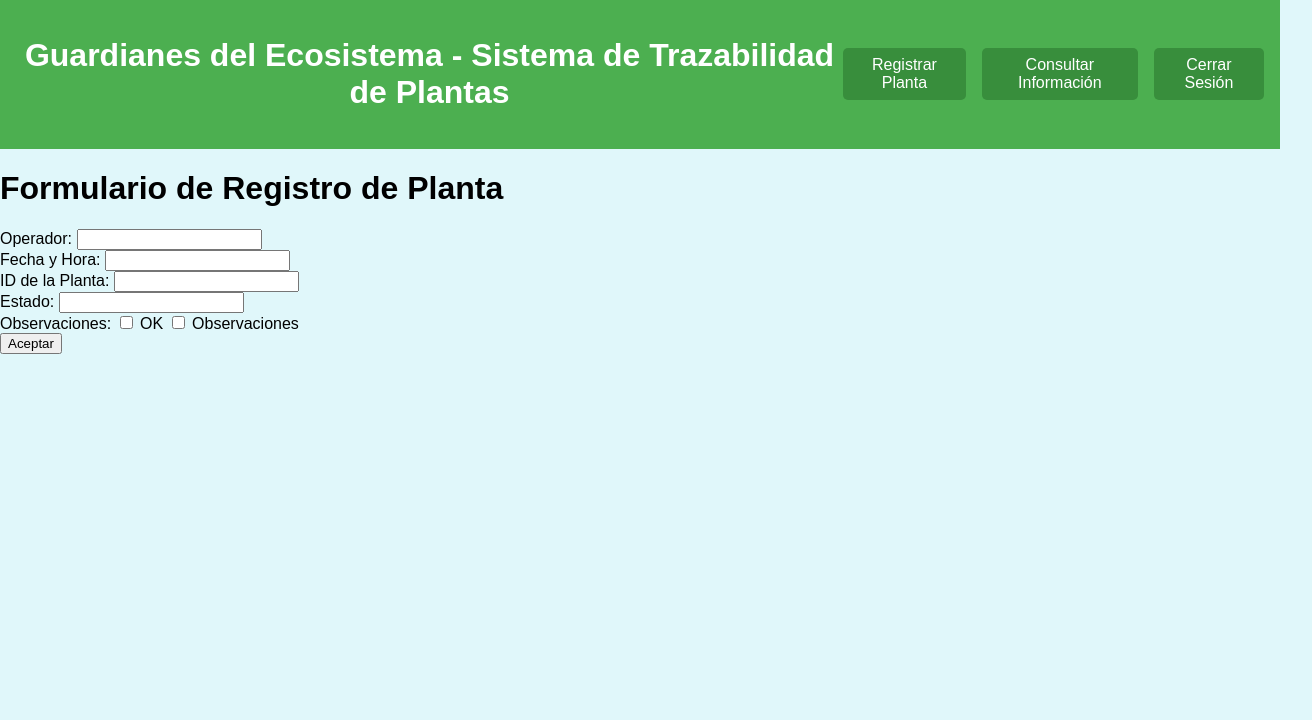
Repository: EzioPuma/guardianesdelecosistema
Page: http://localhost/registroplanta
The author's editor kept a record of every edit. The page is drawn from the files as they stood at one moment, then again after the next edit.
The browser window is 1280 px wide. The page is 1280 px wide, then 1312 px, so the pictures cover 1312 px, including what lies to the right of the window. The pictures show the whole page.
The page is served by the project's application, run on Flask 3 (app.py).

Above is the page before.

### templates/registroplanta.html
<!DOCTYPE html>
<html lang="es">
<head>
    <meta charset="UTF-8">
    <meta name="viewport" content="width=device-width, initial-scale=1.0">
    <link rel="stylesheet" href="{{ url_for('static', filename='css/stylehomesupervisor.css') }}">
    <title>Formulario de Registro de Planta</title>

</head>
<body>
    <header>
        <div class="header-container">
            <h1>Guardianes del Ecosistema - Sistema de Trazabilidad de Plantas</h1>
            <nav>
                <a href="{{ url_for('registroplanta') }}" class="header-link">Registrar Planta</a>
                <a href="{{ url_for('consultar') }}" class="header-link">Consultar Información</a>
                <a href="{{ url_for('login') }}" class="header-link">Cerrar Sesión</a>
            </nav>
        </div>
    </header>
    <h1>Formulario de Registro de Planta</h1>
    <form action="{{ url_for('formulario') }}" method="POST">
        <div>
            <label for="operador">Operador:</label>
            <input type="text" id="operador" name="operador" value="{{ session['usuario'] }}" readonly>
        </div>
        <div>
            <label for="fecha_hora">Fecha y Hora:</label>
            <input type="text" id="fecha_hora" name="fecha_hora" value="{{ now }}" readonly>
        </div>
        <div>
            <label for="id_planta">ID de la Planta:</label>
            <input type="text" id="id_planta" name="id_planta" required>
        </div>
        <div>
            <label for="estado">Estado:</label>
            <input type="text" id="estado" name="estado" required>
        </div>
        <div>
            <label for="observaciones">Observaciones:</label>
            <input type="checkbox" id="ok" name="estado" value="OK">
            <label for="ok">OK</label>
            <input type="checkbox" id="observaciones" name="observaciones" value="Observaciones">
            <label for="observaciones">Observaciones</label>
            <textarea id="observaciones_text" name="observaciones" style="display: none;"></textarea>
        </div>
        <button type="submit">Aceptar</button>
    </form>
    <script>
        document.getElementById('observaciones').addEventListener('change', function() {
            document.getElementById('observaciones_text').style.display = this.checked ? 'block' : 'none';
        });
    </script>
</body>
</html>

### app.py
from flask import Flask, render_template

app = Flask(__name__)

# Ruta para la página de inicio
@app.route('/home')
def home():
    return render_template('home.html')

# Ruta para registrar una planta
@app.route('/registroplanta', methods=['GET', 'POST'])
def registroplanta():
    return render_template('registroplanta.html')

@app.route('/formulario', methods=['POST'])
def formulario():
    # Aquí va el código para manejar los datos del formulario
    # Puedes agregar lógica para procesar el formulario y redirigir o mostrar una respuesta
    return 'Formulario recibido'  # Cambia esto según lo que desees hacer


# Ruta para consultar la información de las plantas
@app.route('/consultar')
def consultar():
    return render_template('consulta.html')

# Ruta para el registro de usuarios
@app.route('/register', methods=['GET', 'POST'])
def register():
    return render_template('register.html')

# Ruta para la página de inicio de sesión
@app.route('/login')
def login():
    return render_template('login.html')

# Ruta para la página homesupervisor
@app.route('/homesupervisor')
def homesupervisor():
    return render_template('homesupervisor.html')

if __name__ == '__main__':
    app.run(debug=True, host="0.0.0.0", port=8080)

### static/css/stylehomesupervisor.css
body {
    font-family: Arial, sans-serif;
    background-color: #e0f7fa;
    margin: 0;
    padding: 0;
    display: flex;
    flex-direction: column;
    min-height: 100vh;
}

header {
    background-color: #4CAF50;
    padding: 1rem;
    color: white;
    text-align: center;
}

.header-container {
    display: flex;
    justify-content: space-between;
    align-items: center;
}

nav {
    display: flex;
    gap: 1rem;
}

.header-link {
    color: white;
    text-decoration: none;
    padding: 0.5rem 1rem;
    background-color: #388E3C;
    border-radius: 5px;
    transition: background-color 0.3s ease;
}

.header-link:hover {
    background-color: #66BB6A;
}

main {
    flex-grow: 1;
    padding: 2rem;
    text-align: center;
}

.intro {
    margin-bottom: 2rem;
}

.features {
    display: flex;
    justify-content: center;
    gap: 2rem;
}

.feature {
    background-color: #ffffff;
    padding: 1rem;
    border-radius: 10px;
    box-shadow: 0px 0px 10px rgba(0, 0, 0, 0.1);
    width: 300px;
}

.feature h3 {
    margin-bottom: 1rem;
}

.feature p {
    margin-bottom: 1.5rem;
}

.btn {
    text-decoration: none;
    padding: 0.5rem 1rem;
    background-color: #4CAF50;
    color: white;
    border-radius: 5px;
    transition: background-color 0.3s ease;
}

.btn:hover {
    background-color: #66BB6A;
}

footer {
    background-color: #388E3C;
    color: white;
    text-align: center;
    padding: 1rem;
    position: relative;
    bottom: 0;
    width: 100%;
}

After the next edit:
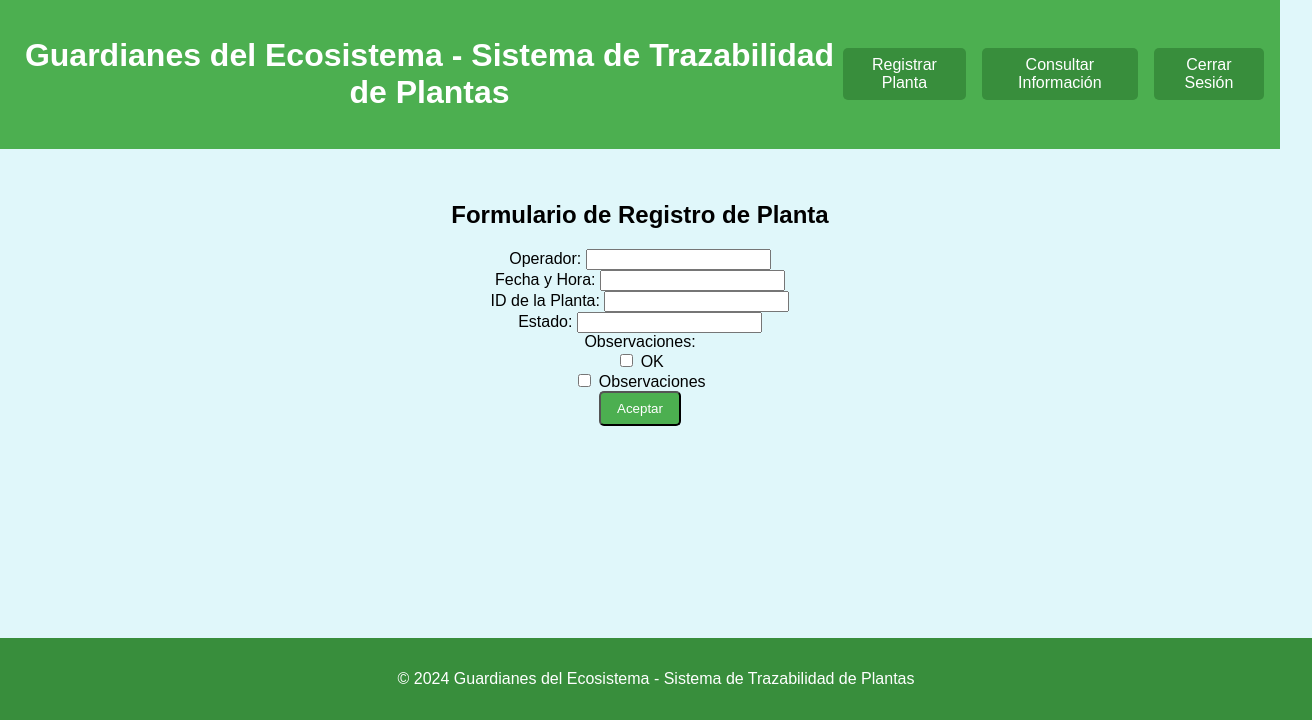
The edit:
--- a/templates/registroplanta.html
+++ b/templates/registroplanta.html
@@ -5,7 +5,6 @@
     <meta name="viewport" content="width=device-width, initial-scale=1.0">
     <link rel="stylesheet" href="{{ url_for('static', filename='css/stylehomesupervisor.css') }}">
     <title>Formulario de Registro de Planta</title>
-
 </head>
 <body>
     <header>
@@ -18,34 +17,46 @@
             </nav>
         </div>
     </header>
-    <h1>Formulario de Registro de Planta</h1>
-    <form action="{{ url_for('formulario') }}" method="POST">
-        <div>
-            <label for="operador">Operador:</label>
-            <input type="text" id="operador" name="operador" value="{{ session['usuario'] }}" readonly>
-        </div>
-        <div>
-            <label for="fecha_hora">Fecha y Hora:</label>
-            <input type="text" id="fecha_hora" name="fecha_hora" value="{{ now }}" readonly>
-        </div>
-        <div>
-            <label for="id_planta">ID de la Planta:</label>
-            <input type="text" id="id_planta" name="id_planta" required>
-        </div>
-        <div>
-            <label for="estado">Estado:</label>
-            <input type="text" id="estado" name="estado" required>
-        </div>
-        <div>
-            <label for="observaciones">Observaciones:</label>
-            <input type="checkbox" id="ok" name="estado" value="OK">
-            <label for="ok">OK</label>
-            <input type="checkbox" id="observaciones" name="observaciones" value="Observaciones">
-            <label for="observaciones">Observaciones</label>
-            <textarea id="observaciones_text" name="observaciones" style="display: none;"></textarea>
-        </div>
-        <button type="submit">Aceptar</button>
-    </form>
+
+    <main>
+        <h2>Formulario de Registro de Planta</h2>
+        <form action="{{ url_for('formulario') }}" method="POST">
+            <div class="form-group">
+                <label for="operador">Operador:</label>
+                <input type="text" id="operador" name="operador" value="{{ session['usuario'] }}" readonly>
+            </div>
+            <div class="form-group">
+                <label for="fecha_hora">Fecha y Hora:</label>
+                <input type="text" id="fecha_hora" name="fecha_hora" value="{{ now }}" readonly>
+            </div>
+            <div class="form-group">
+                <label for="id_planta">ID de la Planta:</label>
+                <input type="text" id="id_planta" name="id_planta" required>
+            </div>
+            <div class="form-group">
+                <label for="estado">Estado:</label>
+                <input type="text" id="estado" name="estado" required>
+            </div>
+            <div class="form-group">
+                <label>Observaciones:</label>
+                <div class="checkbox-group">
+                    <input type="checkbox" id="ok" name="estado" value="OK">
+                    <label for="ok">OK</label>
+                </div>
+                <div class="checkbox-group">
+                    <input type="checkbox" id="observaciones" name="observaciones" value="Observaciones">
+                    <label for="observaciones">Observaciones</label>
+                </div>
+                <textarea id="observaciones_text" name="observaciones" placeholder="Escribe tus observaciones aquí..." style="display: none;"></textarea>
+            </div>
+            <button type="submit" class="btn">Aceptar</button>
+        </form>
+    </main>
+
+    <footer>
+        <p>&copy; 2024 Guardianes del Ecosistema - Sistema de Trazabilidad de Plantas</p>
+    </footer>
+
     <script>
         document.getElementById('observaciones').addEventListener('change', function() {
             document.getElementById('observaciones_text').style.display = this.checked ? 'block' : 'none';
